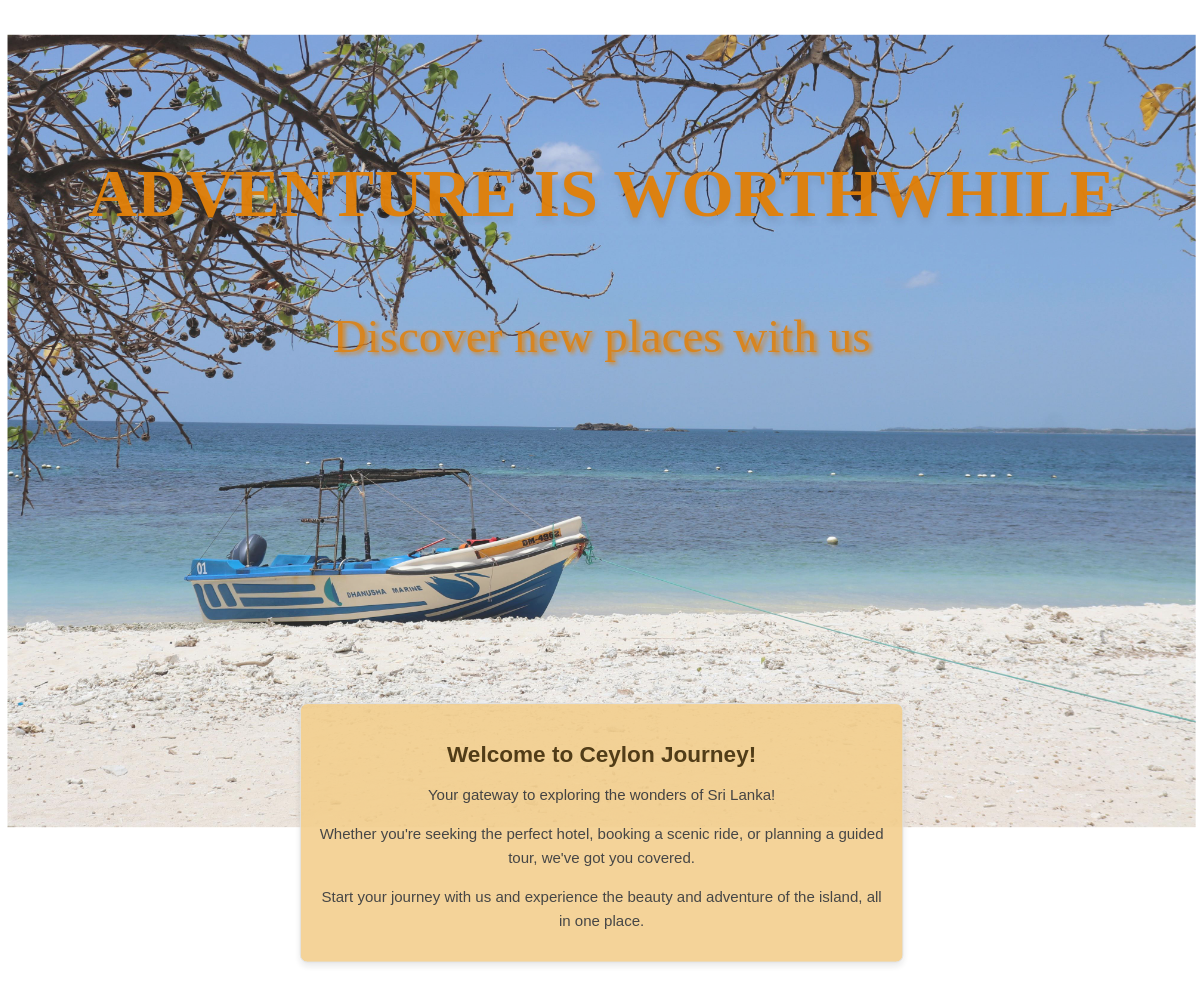
Repository: KasunInd27/Ceylon-Journey
Page: Home/home.html
These files come from the project's save history. The page is drawn as it stood at one moment and after the next save; the edit follows.
The browser window is 1280 px wide. The pictures show the whole page, at 94% of full size.

Above is the page before, as saved 2024-10-05 14:40:26.
Console error: SyntaxError: Unexpected token '<'

### Home/home.html
<!DOCTYPE html>
<html lang="en">
<head>
    <meta charset="UTF-8">
    <meta name="viewport" content="width=device-width, initial-scale=1.0">
    <!-- Font Awesome CDN link for using icons -->
    <link rel="stylesheet" href="https://cdnjs.cloudflare.com/ajax/libs/font-awesome/5.15.3/css/all.min.css">
    <link href="https://fonts.googleapis.com/css2?family=Roboto:wght@400;700&display=swap" rel="stylesheet">

    <link rel="stylesheet" href="CSS/home.css">
    <script src="JS/home.js"></script>
    <style>
        .mySlides {display:none;}
    </style>
    <title>Home Page</title>
</head>
<body>
    <section class="home" id="home">
        <div class="content">
            <h3>adventure is worthwhile</h3>
            <p>Discover new places with us</p>
        </div>

        <div class="slide">
            <img class="homeSlides" src="../image/train.jpg" style="width:100%">
            <img class="homeSlides" src="../image/boat.jpg" style="width:100%">
            <img class="homeSlides" src="../image/fish.jpg" style="width:100%">
        </div>
    </section>

    <section class="welcome">
        <h2>Welcome to Ceylon Journey!</h2>
        <p>Your gateway to exploring the wonders of Sri Lanka!</p>
        <p>Whether you're seeking the perfect hotel, booking a scenic ride, or planning a guided tour, we've got you covered.</p>
        <p>Start your journey with us and experience the beauty and adventure of the island, all in one place.</p>
    </section>

    <script>
        var myIndex = 0;
        carousel();

        function carousel() {
          var i;
          var x = document.getElementsByClassName("homeSlides");
          for (i = 0; i < x.length; i++) {
            x[i].style.display = "none";
          }
          myIndex++;
          if (myIndex > x.length) {myIndex = 1}
          x[myIndex-1].style.display = "block";
          setTimeout(carousel, 4000); // Change image every 2 seconds
        }
        </script>




</body>
</html>

### Home/CSS/home.css
.home.controls {
    padding: 1rem;
    border-radius: 5rem;
    background: rgba(169, 1, 1, 0.7);
    position: relative;
    top: 10rem;

}

.home .controls .img-btn {

    height: 2rem;
    width: 2rem;
    display: inline-block;
    border-radius: 50%;
    background: #fff;
    cursor: pointer;
    margin: 0 .5rem;

}
.home .controls .img-btn.active {
    background: var(--orange);
}

.content
{
    margin-top: -200px;
}

#home {
    min-height: 100vh;
    /* Ensures it takes up the full viewport height */
    display: flex;
    /* Enables flexbox layout */
    align-items: center;
    /* Vertically centers content */
    justify-content: center;
    /* Horizontally centers content */
    flex-flow: column;
    /* Aligns children in a column layout */
    position: relative;
    /* Allows child elements to use absolute positioning */
    z-index: 0;
    /* Ensures this section has the correct stacking order */
}
.home .content {
    text-align: center;
    text-shadow: 3px 3px 5px;
    /* Centers the text within the .content container */
}
/* Styles for h3 elements inside the .content class within the .home section */

.home .content h3 {
    font-size: 4.5rem;
    /* Sets a large font size for the heading */
    color: #e17f08f4;
    /* White text color */
    text-transform: uppercase;
    /* Makes the text uppercase */
    text-shadow: 0 .3rem .5rem rgba(0, 0, 0, .1);
    /* Adds a soft shadow to the text */
}

.home .content p {
    font-size: 2.5rem;
    /* Sets the font size for paragraphs inside the .content class in the .home section */
    color: #e17f08f4;
    /* Sets the text color to white */
    padding: 0.5rem 0;
    /* Adds vertical padding (top and bottom) of 0.5rem */
    opacity: 0.90;
    z-index: -1;
    font-size: 50px;
}


.slide
{
    margin-top: -590px;
    background-size:contain;
    background-position:center;
    background-repeat: no-repeat;
    position:absolute;
    width: 100%;
    height: 10%;
    opacity: 0.90;
    z-index: -1;
}

.welcome {
    background-color: #f3cf8e; /* Light background */
    border: 1px solid #dee2e6; /* Border around the section */
    border-radius: 8px; /* Rounded corners */
    padding: 20px; /* Padding inside the section */
    margin: 20px auto; /* Center the section */
    max-width: 600px; /* Maximum width */
    text-align: center; /* Center text */
    box-shadow: 0 4px 8px rgba(0, 0, 0, 0.1); /* Subtle shadow for depth */
    font-family: 'Playwrite Deutschland Grundschrift', sans-serif; /* Apply the Roboto font */
    z-index: -1;
    opacity: 0.90;
}

.welcome h2 {
    color: #412b03; /* Primary color for heading */
    margin-bottom: 15px; /* Space below the heading */
    z-index: -5;
}

.welcome p {
    color: #333; /* Dark gray for text */
    line-height: 1.6; /* Improved line spacing */
    margin-bottom: 10px; /* Space below paragraphs */
    z-index: -5;
}

### Home/JS/home.js
<!DOCTYPE html>
<html lang="en">
<head>
    <meta charset="UTF-8">
    <meta name="viewport" content="width=device-width, initial-scale=1.0">
    <!-- Font Awesome CDN link for using icons -->
    <link rel="stylesheet" href="https://cdnjs.cloudflare.com/ajax/libs/font-awesome/5.15.3/css/all.min.css">
    <link href="https://fonts.googleapis.com/css2?family=Roboto:wght@400;700&display=swap" rel="stylesheet">

    <link rel="stylesheet" href="CSS/home.css">
    <script src="JS/home.js"></script>
    <style>.imgSlide {display:none;}</style>
    <title>Home Page</title>
</head>
<body>
    <section class="home" id="home">
        <div class="content">
            <h3>adventure is worthwhile</h3>
            <p>discover new places with us,adventure awaits</p>
            <a href="#" class="btn">discover more</a>
        </div>

        <div class="image-slide" style="max-width:500px">
            <img class="imgSlide" src="../image/train.jpg" style="width:100%">
            <img class="imgSlide" src="../image/elephants.jpg" style="width:100%">
            <img class="imgSlide" src="../image/boats.jpg" style="width:100%">
            <img class="imgSlide" src="../image/fish.jpg" style="width:100%">
            <img class="imgSlide" src="../image/arc.jpg" style="width:100%">

        </div>


    </section>
</body>
</html>

After the next save:
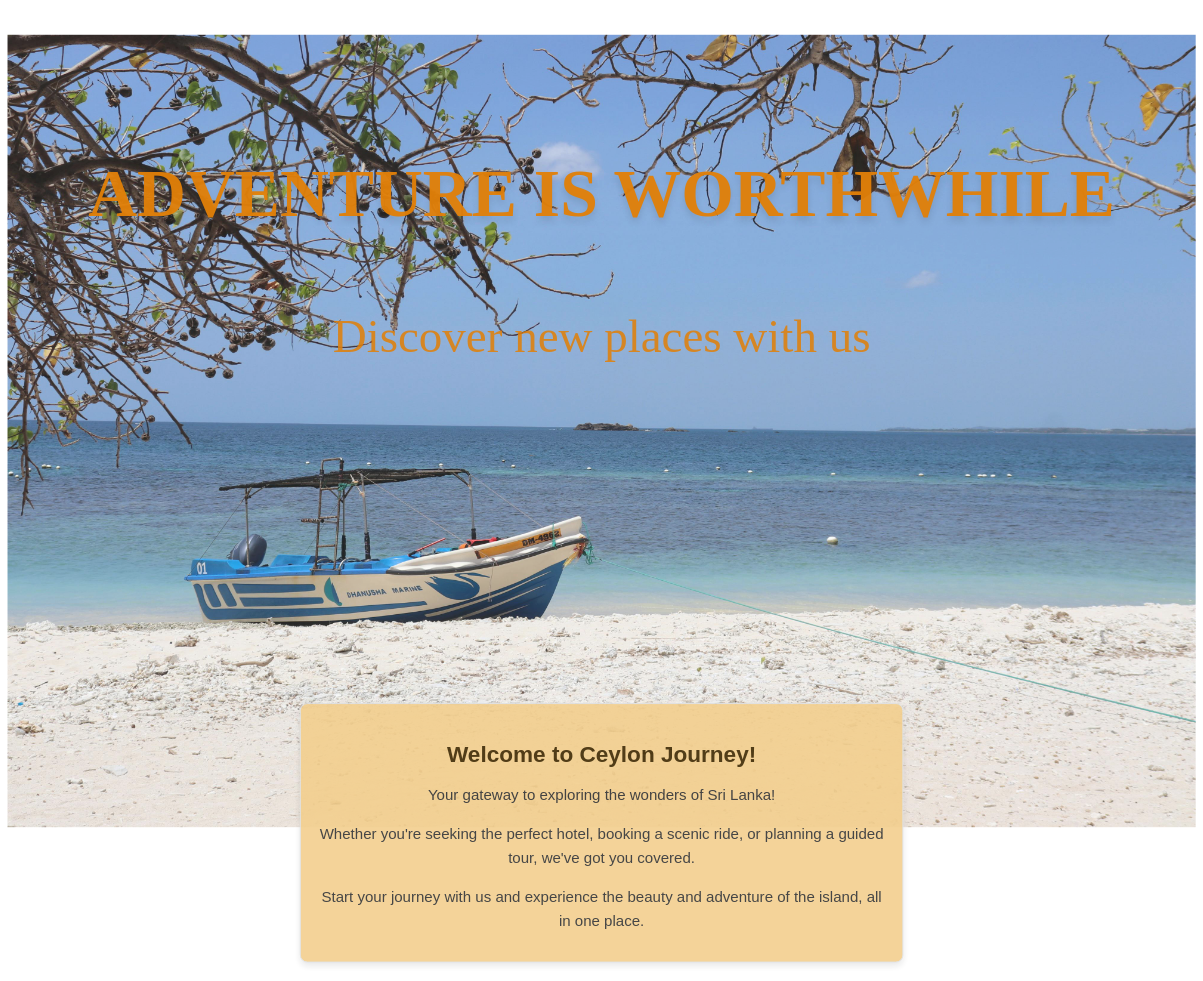
Saved 9 min 18 s later.
--- a/Home/CSS/home.css
+++ b/Home/CSS/home.css
@@ -45,7 +45,7 @@
 }
 .home .content {
     text-align: center;
-    text-shadow: 3px 3px 5px;
+
     /* Centers the text within the .content container */
 }
 /* Styles for h3 elements inside the .content class within the .home section */

After the save that followed:
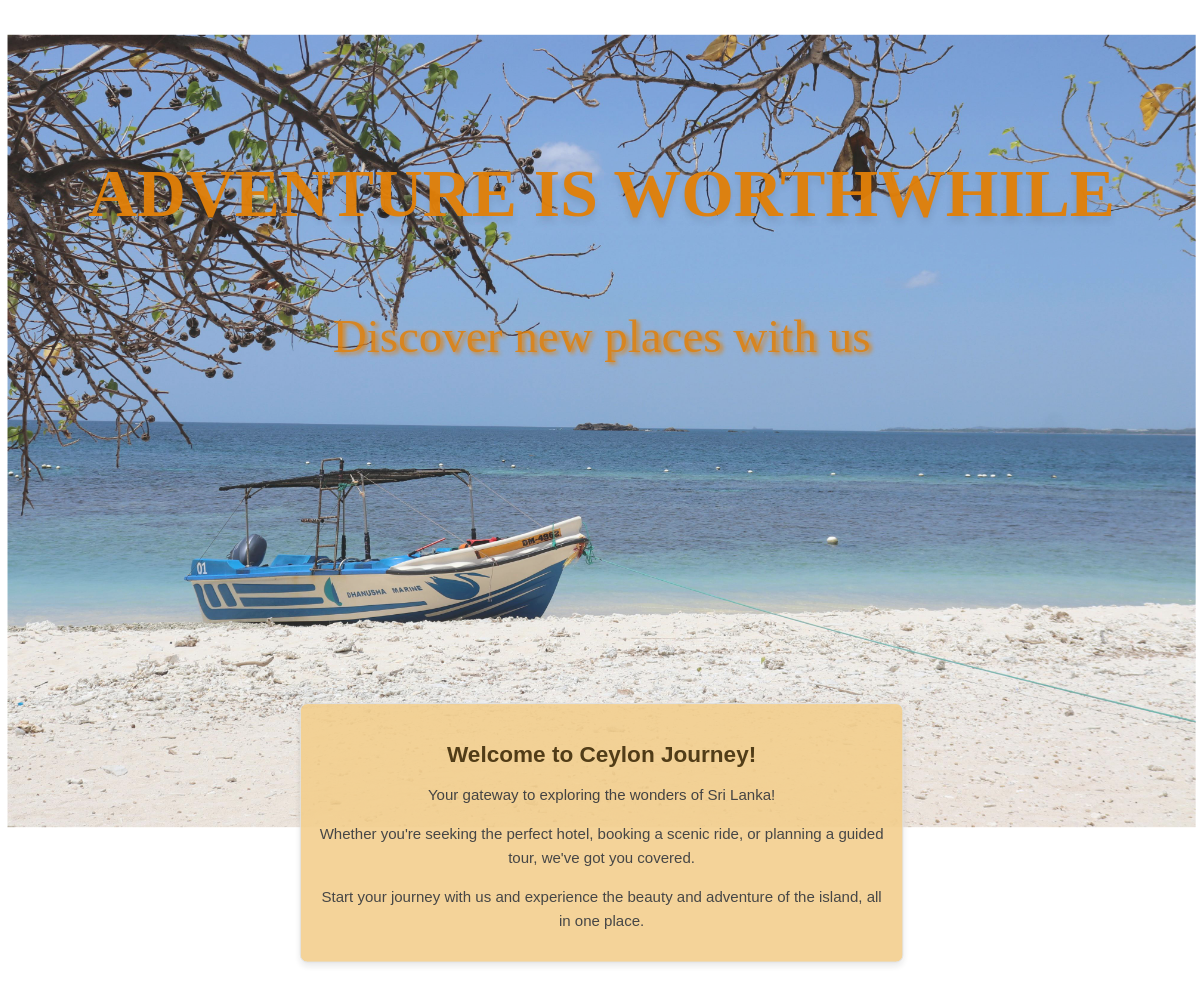
Saved 30 s later.
--- a/Home/CSS/home.css
+++ b/Home/CSS/home.css
@@ -25,6 +25,7 @@
 .content
 {
     margin-top: -200px;
+    text-shadow: 3px 3px 5px;
 }
 
 #home {
@@ -45,7 +46,6 @@
 }
 .home .content {
     text-align: center;
-
     /* Centers the text within the .content container */
 }
 /* Styles for h3 elements inside the .content class within the .home section */
